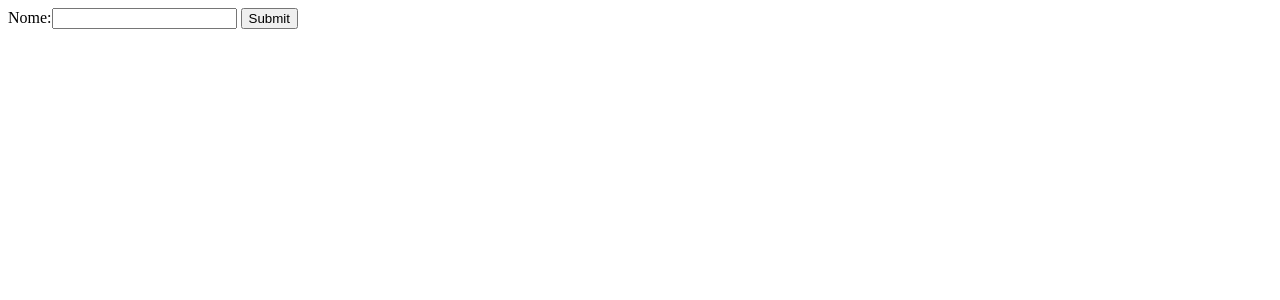
Repository: AnnaLutw/servletAlura
Page: http://localhost/gerenciador/formNovaEmpresa.jsp
The author's editor kept a copy of each file at every save. The page is drawn from the files as they stood at one save, then again after the next save.
The browser window is 1280 px wide. The pictures show the whole page.
The page is served by Tomcat 10.

Above is the page before, as saved 2023-03-09 15:38:10.

After the next save:
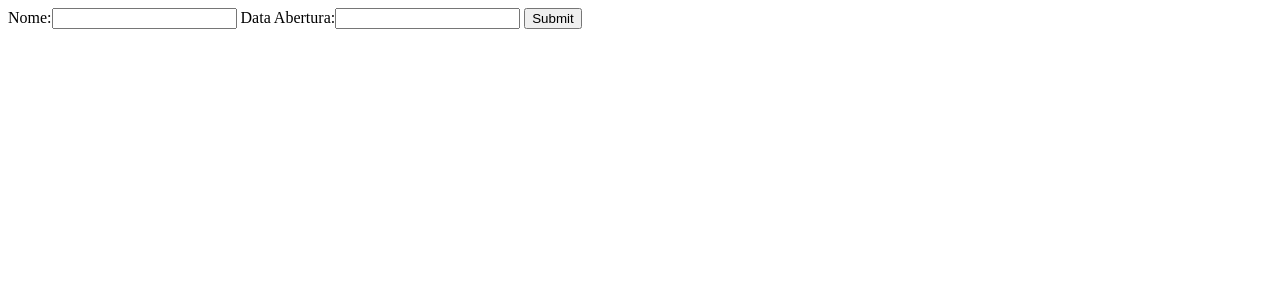
Saved 68 s later.
--- a/gerenciador/src/main/webapp/formNovaEmpresa.jsp
+++ b/gerenciador/src/main/webapp/formNovaEmpresa.jsp
@@ -12,6 +12,7 @@
 
 	<form action="${linkServletNovaEmpresa}" method="post">
 		Nome:<input type="text" name=nome>
+		Data Abertura:<input type="text" name=data>
 		<input type="submit">
 	</form>
 </body>
